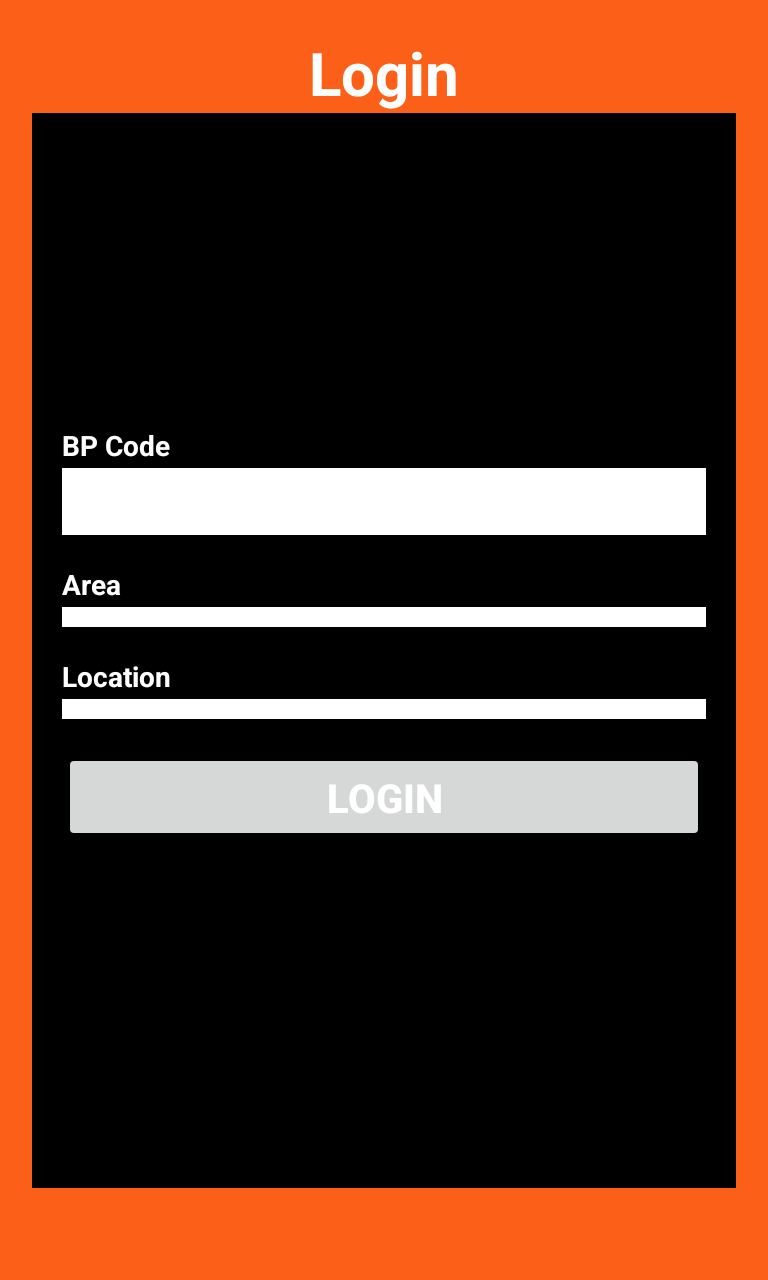
Repository: MushfiqurRahman/BLink3gApp
Layout: 3gExperience/res/layout/fragment_survey.xml
The author's editor kept a copy of each file at every save. The layout is drawn from the files as they stood at one save, then again after the next save.
It is drawn on a 768 x 1280 px phone screen (xhdpi) without system bars, with theme AppTheme; the app's code is not run.

Above is the layout before, as saved 2014-05-20 17:52:26.

### 3gExperience/res/layout/fragment_survey.xml
<RelativeLayout xmlns:android="http://schemas.android.com/apk/res/android"
    xmlns:tools="http://schemas.android.com/tools"
    android:layout_width="match_parent"
    android:layout_height="match_parent"
    android:paddingBottom="@dimen/activity_vertical_margin"
    android:paddingLeft="@dimen/activity_horizontal_margin"
    android:paddingRight="@dimen/activity_horizontal_margin"
    android:paddingTop="@dimen/activity_vertical_margin"
    android:background="#FC6018"
    tools:context="com.example.gexperience.SurveyActivity$PlaceholderFragment" >

        <RelativeLayout
        android:id="@+id/topMain"
        android:layout_width="fill_parent"
        android:layout_height="wrap_content" >

        <TextView
            android:layout_width="wrap_content"
            android:layout_height="wrap_content"
            android:layout_centerInParent="true"
            android:layout_marginLeft="5dip"
            android:text="Login"
            android:textColor="#ffffff"
            android:textSize="30sp"
            android:textStyle="bold" />

    </RelativeLayout>

    <LinearLayout
        android:id="@+id/LinearBottom"
        android:layout_width="fill_parent"
        android:layout_height="30dp"
        android:layout_alignParentBottom="true"
        android:gravity="bottom"
        android:orientation="vertical" >
    </LinearLayout>

    <LinearLayout
        android:id="@+id/layout_login_form"
        android:layout_width="match_parent"
        android:layout_height="match_parent"
        android:layout_above="@id/LinearBottom"
        android:layout_alignParentLeft="true"
        android:layout_below="@id/topMain"
        android:background="#000000"
        android:gravity="center"
        android:orientation="vertical"
        android:paddingLeft="15dp"
        android:paddingRight="15dp" >

        <LinearLayout
            android:layout_width="fill_parent"
            android:layout_height="wrap_content"
            android:layout_gravity="left" >

            <TextView
                android:id="@+id/textView3"
                android:layout_width="wrap_content"
                android:layout_height="wrap_content"
                android:layout_marginBottom="2dp"
                android:text="@string/bp_code"
                android:textColor="#FFFFFF"
                android:textStyle="bold" />
        </LinearLayout>

        <EditText
            android:id="@+id/etPassword"
            android:layout_width="match_parent"
            android:layout_height="wrap_content"
            android:layout_marginBottom="15dp"
            android:ems="10"
            android:inputType="textPassword"
            android:background="#FFFFFF"
            android:textSize="25sp" />

        <LinearLayout
            android:layout_width="fill_parent"
            android:layout_height="wrap_content"
            android:layout_gravity="left" >

            <TextView
                android:id="@+id/textView1"
                android:layout_width="wrap_content"
                android:layout_height="wrap_content"
                android:layout_marginBottom="2dp"
                android:text="@string/area"
                android:textColor="#FFFFFF"
                android:textStyle="bold" />
        </LinearLayout>

        <Spinner
            android:id="@+id/spnEngineer"
            android:layout_width="match_parent"
            android:layout_height="wrap_content"
            android:layout_marginBottom="15dp"
            android:drawSelectorOnTop="true"
            android:padding="5dp"
            android:spinnerMode="dropdown"
            android:background="#FFFFFF"
            android:textSize="30sp" />

        <LinearLayout
            android:layout_width="fill_parent"
            android:layout_height="wrap_content"
            android:layout_gravity="left" >

            <TextView
                android:id="@+id/textView2"
                android:layout_width="wrap_content"
                android:layout_height="wrap_content"
                android:layout_marginBottom="2dp"
                android:text="@string/location"
                android:textColor="#FFFFFF"
                android:textStyle="bold" />
        </LinearLayout>

        <Spinner
            android:id="@+id/spnCompany"
            android:layout_width="match_parent"
            android:layout_height="wrap_content"
            android:layout_marginBottom="15dp"
            android:padding="5dp"
            android:spinnerMode="dropdown"
            android:background="#FFFFFF"
            android:textSize="30sp" />

        <Button
            android:id="@+id/btnLogin"
            android:layout_width="match_parent"
            android:layout_height="wrap_content"
            android:layout_marginBottom="15dp"
            android:text="@string/login"
            android:textSize="20sp"
            android:textColor="#FFFFFF"
            android:textStyle="bold" />
    </LinearLayout>

</RelativeLayout>

### 3gExperience/res/values/strings.xml
<?xml version="1.0" encoding="utf-8"?>
<resources>

    <string name="app_name">3gExperience</string>
    <string name="hello_world">Hello world!</string>
    <string name="action_settings">Settings</string>
    <string name="title_activity_login">LoginActivity</string>
    <string name="title_activity_survey">SurveyActivity</string>
    <string name="bp_code">BP Code</string>
    <string name="area">Area</string>
    <string name="location">Location</string>
    <string name="login">Login</string>

</resources>

Loaded but not shown: 3gExperience/res/values/styles.xml (common file); 3gExperience/res/values-v11/styles.xml (common file); 3gExperience/res/values-v14/styles.xml (common file); 3gExperience/res/values/dimens.xml (common file); 3gExperience/res/values-w820dp/dimens.xml (common file)

After the next save:
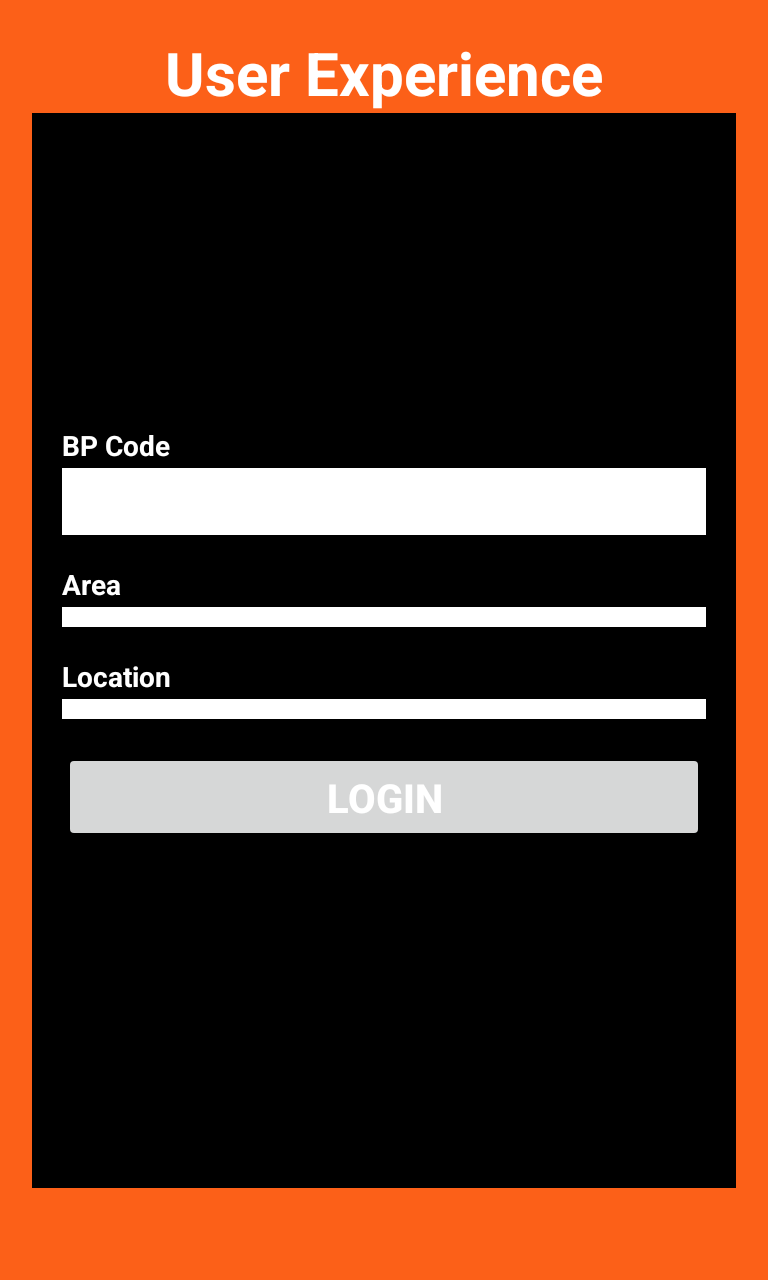
Saved 23 s later.
--- a/3gExperience/res/layout/fragment_survey.xml
+++ b/3gExperience/res/layout/fragment_survey.xml
@@ -19,7 +19,7 @@
             android:layout_height="wrap_content"
             android:layout_centerInParent="true"
             android:layout_marginLeft="5dip"
-            android:text="Login"
+            android:text="User Experience"
             android:textColor="#ffffff"
             android:textSize="30sp"
             android:textStyle="bold" />
